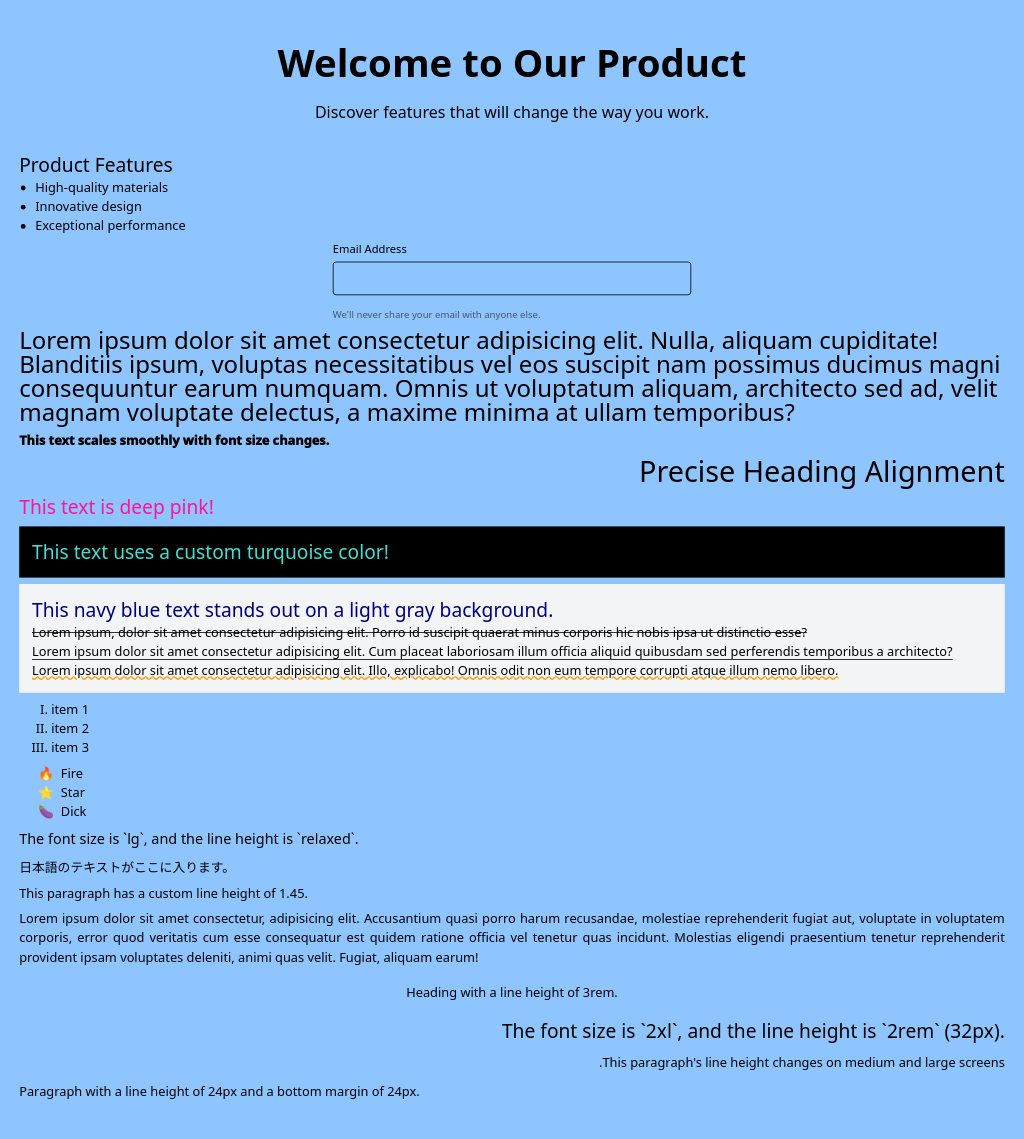
Repository: DinTri/TailwindCss
Page: index.html
An editor plug-in stored every save of this project. The page is shown before and after the next save, followed by the edit.
The browser window is 1280 px wide. The pictures show the whole page, at 80% of full size.
Some web fonts or font styles are not loaded; a fallback is used.

Above is the page before, as saved 2025-06-09 23:00:39.

### index.html
<!DOCTYPE html>
<html lang="en">
  <head>
    <meta charset="UTF-8">
    <meta name="viewport" content="width=device-width, initial-scale=1">
    <title>Play with Tailwind</title>
    <link rel="preconnect" href="https://fonts.googleapis.com">
<link rel="preconnect" href="https://fonts.gstatic.com" crossorigin>
<link href="https://fonts.googleapis.com/css2?family=Edu+VIC+WA+NT+Hand+Pre:wght@400..700&display=swap" rel="stylesheet">
    <link rel="stylesheet" href="style.css">
    </head>
  <body class="bg-blue-300">
    <div class="m-2 p-4 space-y-2">
      <section class="text-center py-6">
  <h1 class="text-5xl leading-tight font-bold">
    Welcome to Our Product
  </h1>
  <p class="text-xl leading-relaxed mt-4">
    Discover features that will change the way you work.
  </p>
</section>
<div class="product-description">
  <h2 class="text-2xl leading-snug">
    Product Features
  </h2>
  <ul class="list-disc pl-5 leading-normal">
    <li>High-quality materials</li>
    <li>Innovative design</li>
    <li>Exceptional performance</li>
  </ul>
</div>
<form class="max-w-md mx-auto">
  <label id="testLabel" class="block text-sm leading-tight mb-2">
    Email Address
  </label>
  <input type="email" aria-labelledby="testLabel" class="w-full border rounded px-3 py-2 mb-4">
  <small class="block text-xs leading-snug text-gray-600">
    We'll never share your email with anyone else.
  </small>
</form>
    <p class="text-3xl leading-none">Lorem ipsum dolor sit amet consectetur adipisicing elit. Nulla, aliquam cupiditate! Blanditiis ipsum, voluptas necessitatibus vel eos suscipit nam possimus ducimus magni consequuntur earum numquam. Omnis ut voluptatum aliquam, architecto sed ad, velit magnam voluptate delectus, a maxime minima at ullam temporibus?</p>
    <p class="text-base leading-normal font-[var(--font-extbold)]">
  This text scales smoothly with font size changes.
</p>
<h1 class="text-4xl leading-10 text-right">
  Precise Heading Alignment
</h1>
<p class="text-2xl font-medium text-[var(--color-deeppink)]">
  This text is deep pink!
</p>
<div class="bg-black p-4">
<p class="text-2xl text-[var(--color-turquoise)]">
  This text uses a custom turquoise color!
</p>
</div>
<div class="bg-gray-100 p-4">
  <p class="text-[#000080] text-2xl">
    This navy blue text stands out on a light gray background.
  </p>
  <p class="line-through">Lorem ipsum, dolor sit amet consectetur adipisicing elit. Porro id suscipit quaerat minus corporis hic nobis ipsa ut distinctio esse?</p>
  <p class="underline underline-offset-4">Lorem ipsum dolor sit amet consectetur adipisicing elit. Cum placeat laboriosam illum officia aliquid quibusdam sed perferendis temporibus a architecto?</p>
  <p class="underline decoration-amber-500 decoration-wavy">Lorem ipsum dolor sit amet consectetur adipisicing elit. Illo, explicabo! Omnis odit non eum tempore corrupti atque illum nemo libero.</p>
</div>
<ul class="list-[upper-roman] p-[revert]">
  <li>item 1</li>
  <li>item 2</li>
  <li>item 3</li>
</ul>
<ul class="list-emoji pl-6">
  <li class="before:content-['🔥'] before:mr-2">Fire</li>
  <li class="before:content-['⭐'] before:mr-2">Star</li>
  <li class="before:content-['🍆'] before:mr-2">Dick</li>
</ul>
<p class="text-lg/relaxed">
  The font size is `lg`, and the line height is `relaxed`.
</p>
<p class="leading-relaxed" lang="ja">
  日本語のテキストがここに入ります。
</p>
<p class="leading-[1.45]">
  This paragraph has a custom line height of 1.45.
</p>
<p class="text-justify">Lorem ipsum dolor sit amet consectetur, adipisicing elit. Accusantium quasi porro harum recusandae, molestiae reprehenderit fugiat aut, voluptate in voluptatem corporis, error quod veritatis cum esse consequatur est quidem ratione officia vel tenetur quas incidunt. Molestias eligendi praesentium tenetur reprehenderit provident ipsam voluptates deleniti, animi quas velit. Fugiat, aliquam earum!</p>
<h1 class="leading-[3rem] text-center">
  Heading with a line height of 3rem.
</h1>
<p class="text-2xl/8 text-end">
  The font size is `2xl`, and the line height is `2rem` (32px).
</p>
<p class="leading-normal md:leading-relaxed lg:leading-loose text-start" dir="rtl">
  This paragraph's line height changes on medium and large screens.
</p>
<p class="text-base leading-6 mb-6">
  Paragraph with a line height of 24px and a bottom margin of 24px.
</p>
  </div>
  </body>
</html>

Loaded but not shown: style.css (2230 lines, source omitted)

After the next save:
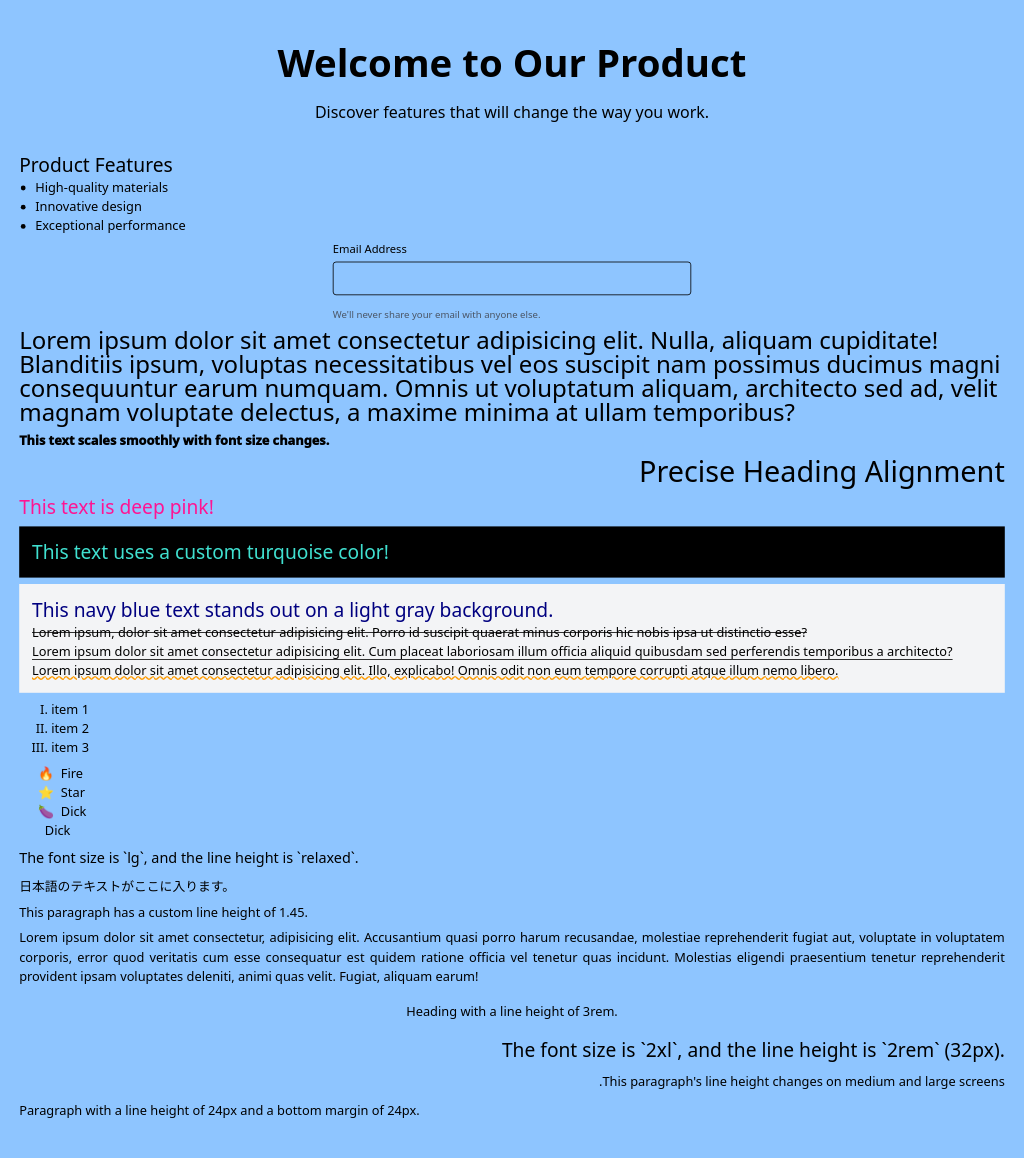
Saved 10 min 3 s later.
--- a/index.html
+++ b/index.html
@@ -70,6 +70,7 @@
   <li class="before:content-['🔥'] before:mr-2">Fire</li>
   <li class="before:content-['⭐'] before:mr-2">Star</li>
   <li class="before:content-['🍆'] before:mr-2">Dick</li>
+  <li class="before:content-['（ ͜.人 ͜.）'] before:mr-2">Dick</li>
 </ul>
 <p class="text-lg/relaxed">
   The font size is `lg`, and the line height is `relaxed`.
